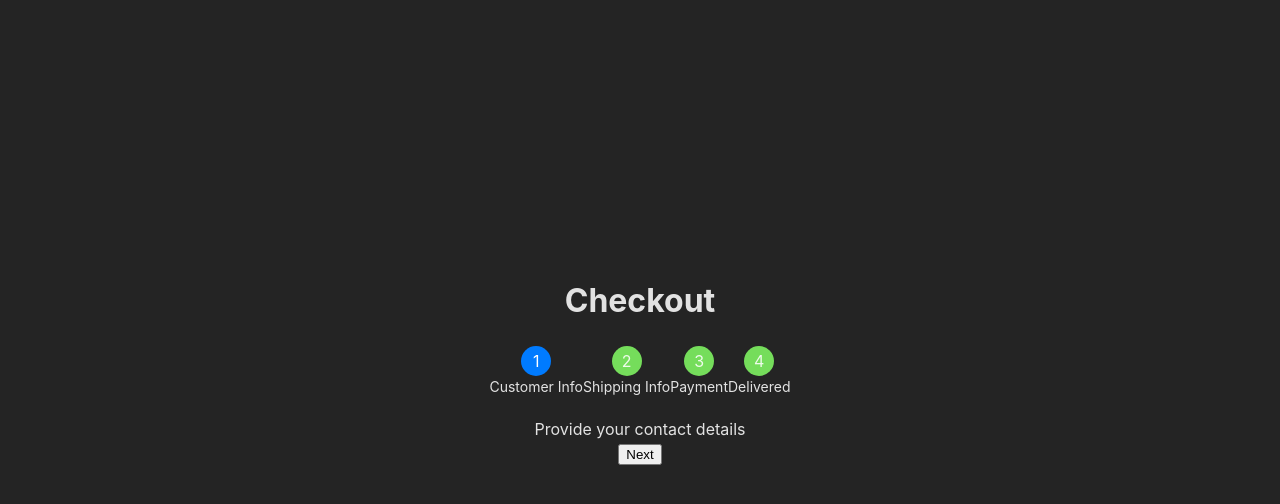
Repository: s-babaeizadeh/stepper-react
Page: /
These files come from the project's save history. The page is drawn as it stood at one moment and after the next save; the edit follows.
The browser window is 1280 px wide. The pictures show the whole page.
The project was rebuilt for these pictures with package versions that can differ from the ones it lists, and the page was loaded fresh each time. Also part of the build but not shown: vite.config.js.

Above is the page before, as saved 2024-08-10 12:04:43.

After the next save:
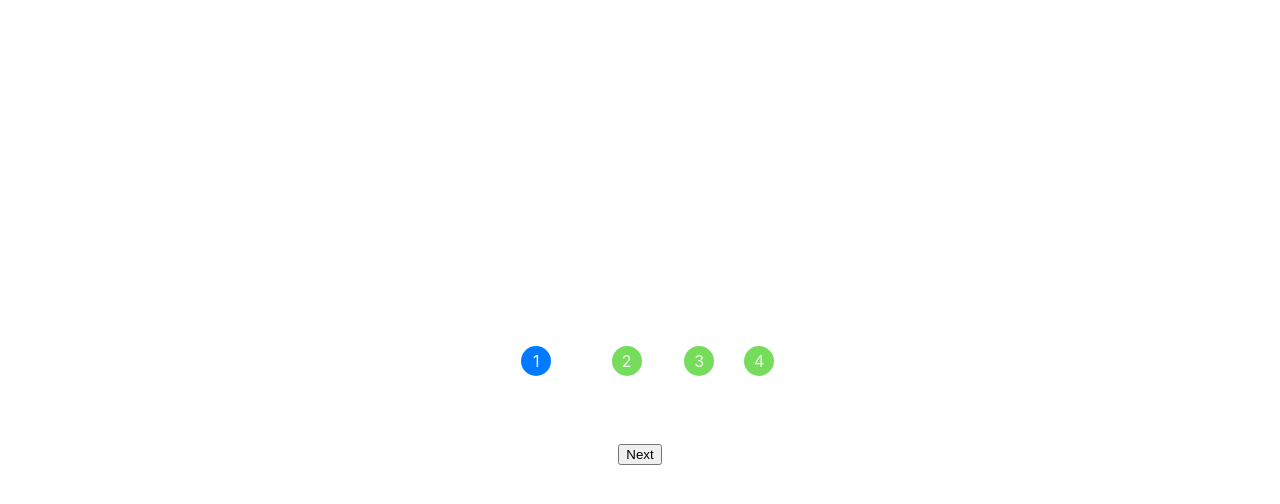
Saved 20 s later.
--- a/src/index.css
+++ b/src/index.css
@@ -5,7 +5,7 @@
 
   color-scheme: light dark;
   color: rgba(255, 255, 255, 0.87);
-  background-color: #242424;
+  /* background-color: #242424; */
 
   font-synthesis: none;
   text-rendering: optimizeLegibility;

After the save that followed:
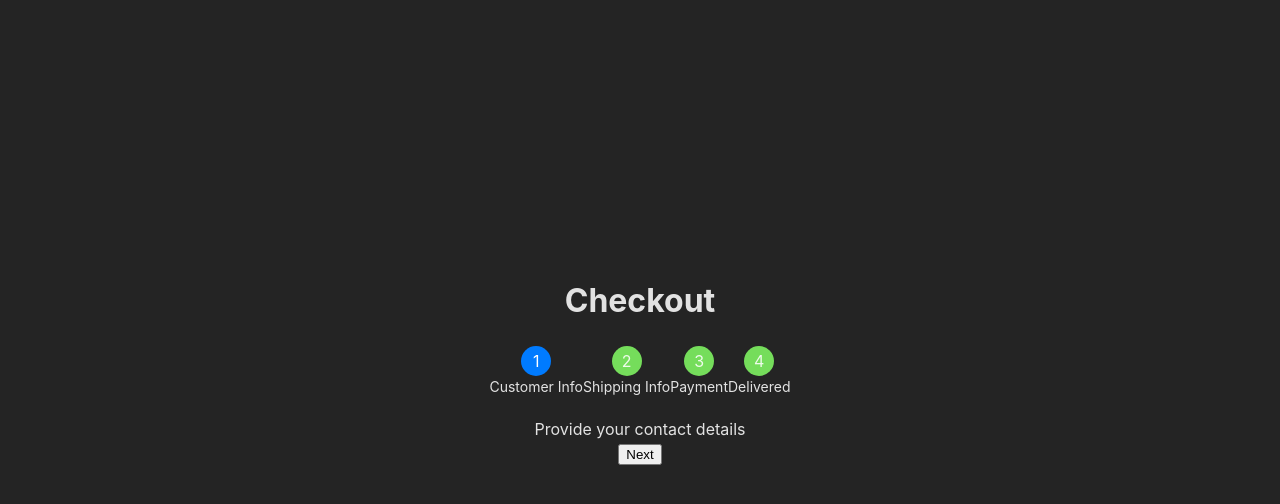
Saved 105 s later.
--- a/src/index.css
+++ b/src/index.css
@@ -5,7 +5,7 @@
 
   color-scheme: light dark;
   color: rgba(255, 255, 255, 0.87);
-  /* background-color: #242424; */
+  background-color: #242424;
 
   font-synthesis: none;
   text-rendering: optimizeLegibility;
